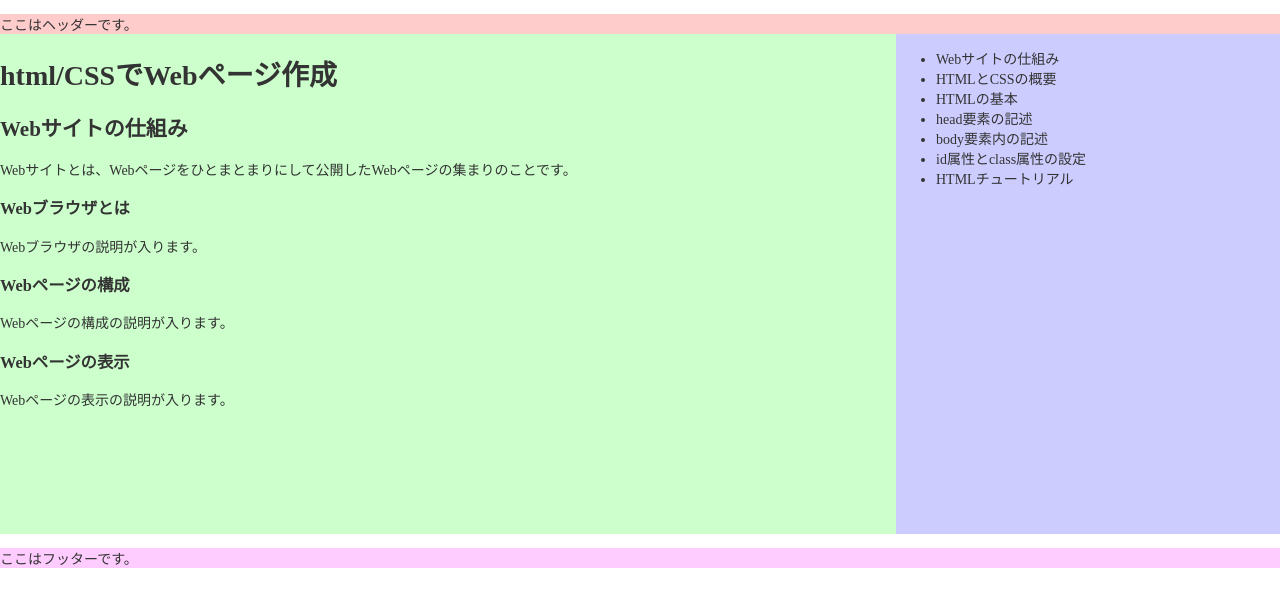
Repository: ichiro-fujii/kadai-commit
Page: lesson-htmlcss/kadai-html.html
The author's editor kept a record of every edit. The page is drawn from the files as they stood at one moment, then again after the next edit.
The browser window is 1280 px wide. The pictures show the whole page.

Above is the page before.

### lesson-htmlcss/kadai-html.html
<!DOCTYPE html>
<html lang="ja">
    <head>
        <meta charset="UTF-8">
        <title>HTML/CSSでＷｅｂページ作成</title>
        <link rel="stylesheet" href="kadai-css.css">
    </head>
    <body>
        <!--ここからヘッダー-->
        <header>
            <p>ここはヘッダーです。</p>
        </header>
        <!--wrapperはなぜ入れるのですか-->
        <div id="wrapper">
        <div id="main">
            <h1>html/CSSでWebページ作成</h1>
            <h2>Webサイトの仕組み</h2>
            <p>Webサイトとは、Webページをひとまとまりにして公開したWebページの集まりのことです。</p>
            <h3>Webブラウザとは</h3>
            <p>Webブラウザの説明が入ります。</p>
            <h3>Webページの構成</h3>
            <p>Webページの構成の説明が入ります。</p>
            <h3>Webページの表示</h3>
            <p>Webページの表示の説明が入ります。</p>
            </div>
            <nav id="menu">
                <ul>
                    <li>Webサイトの仕組み</li>
                    <li>HTMLとCSSの概要</li>
                    <li>HTMLの基本</li>
                    <li>head要素の記述</li>
                    <li>body要素内の記述</li>
                    <li>id属性とclass属性の設定</li>
                    <li>HTMLチュートリアル</li>
                </ul>
            </nav>
            </div>
            <footer>
            <p>ここはフッターです。</p>
        </footer>


    </body>
</html>

### lesson-htmlcss/kadai-css.css
@charset "UTF-8";
/*チャプター：全体の設定*/
body {

    margin: 0;
    padding: 0;
    color: #333;
    font-size: 14px;
}
header {
    height: 20px;
    background-color:#ffcccc;
    }
#wrapper {
    display: flex;
    justify-content:space-between;
}
#main {
    float: left;
    width: 70%;
    height: 500px;
    background-color: #ccffcc;
}
#menu {
    float: right;
    width: 30%;
    height: 500px;
    background-color: #ccccff;
}
footer {
    height: 20px;
    background-color: #ffccff;
}

After the next edit:
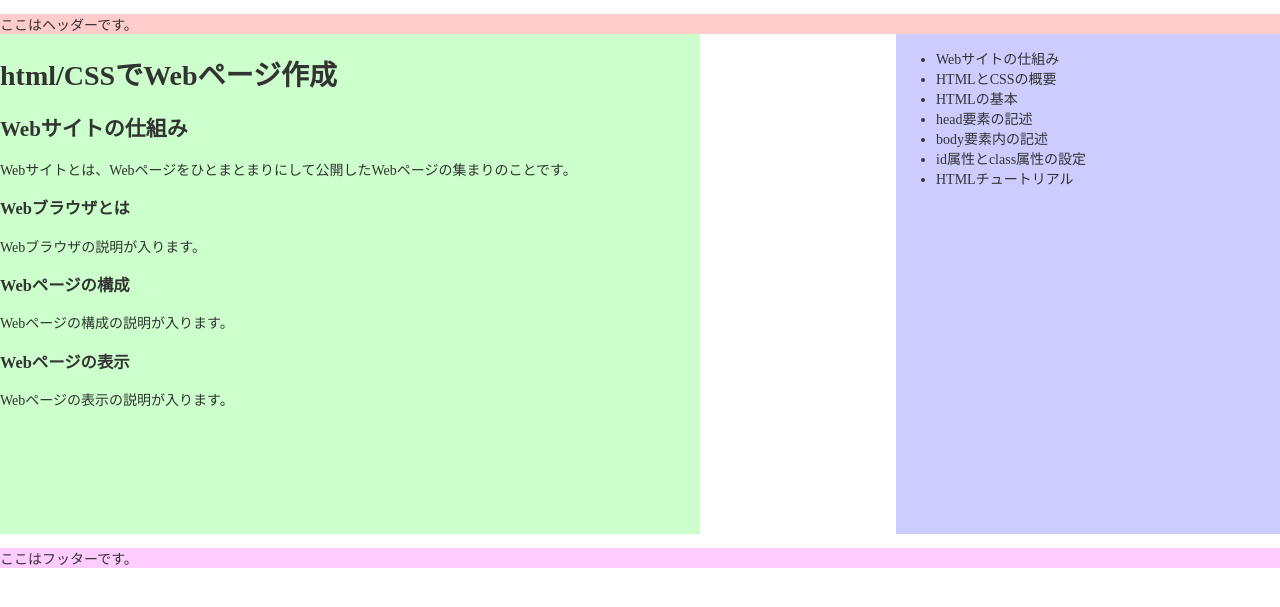
The edit:
--- a/lesson-htmlcss/kadai-css.css
+++ b/lesson-htmlcss/kadai-css.css
@@ -17,7 +17,7 @@
 }
 #main {
     float: left;
-    width: 70%;
+    width: 700px;
     height: 500px;
     background-color: #ccffcc;
 }
